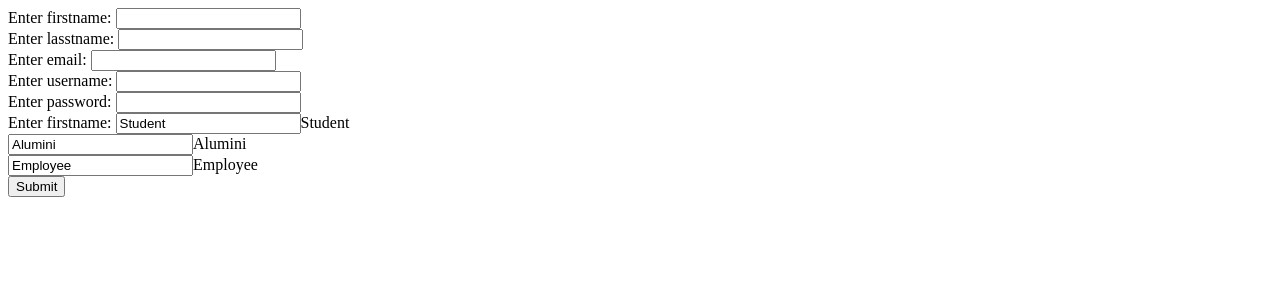
Repository: SwapnilYeldi/Project-2
Page: frontend/WebContent/views/registrationform.html
The author's editor kept a copy of each file at every save. The page is drawn from the files as they stood at one save, then again after the next save.
The browser window is 1280 px wide. The pictures show the whole page.

Above is the page before, as saved 2017-06-23 08:43:38.

### frontend/WebContent/views/registrationform.html
<form>
Enter firstname: <input type="text" ng-model="user.firstname"><br>
Enter lasstname: <input type="text" ng-model="user.lastname"><br>
Enter email: <input type="text" ng-model="user.email"><br>
Enter username: <input type="text" ng-model="user.username"><br>
Enter password: <input type="password" ng-model="user.password"><br>
Enter firstname: <input type="text" ng-model="user.role" value="Student">Student<br>
<input type="text" ng-model="user.role" value="Alumini">Alumini<br>
<input type="text" ng-model="user.role" value="Employee">Employee<br>
<input type="submit" ng-click="register()"><br>

</form>

After the next save:
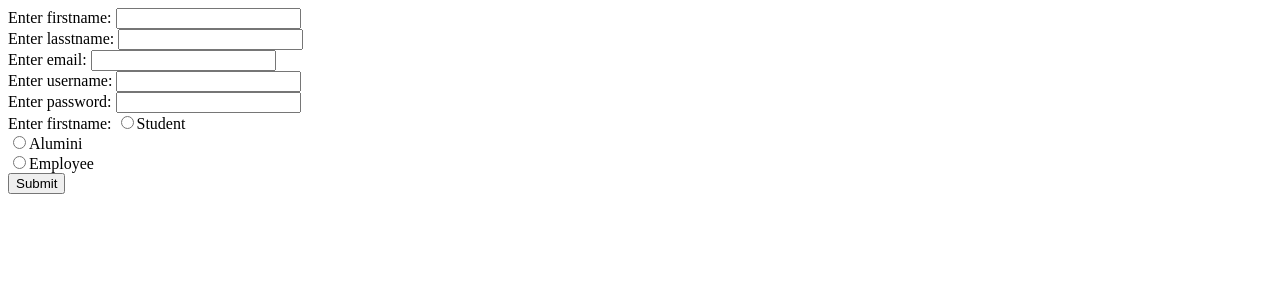
Saved 7 min 28 s later.
--- a/frontend/WebContent/views/registrationform.html
+++ b/frontend/WebContent/views/registrationform.html
@@ -4,9 +4,9 @@ Enter lasstname: <input type="text" ng-model="user.lastname"><br>
 Enter email: <input type="text" ng-model="user.email"><br>
 Enter username: <input type="text" ng-model="user.username"><br>
 Enter password: <input type="password" ng-model="user.password"><br>
-Enter firstname: <input type="text" ng-model="user.role" value="Student">Student<br>
-<input type="text" ng-model="user.role" value="Alumini">Alumini<br>
-<input type="text" ng-model="user.role" value="Employee">Employee<br>
+Enter firstname: <input type="radio" ng-model="user.role" value="Student">Student<br>
+<input type="radio" ng-model="user.role" value="Alumini">Alumini<br>
+<input type="radio" ng-model="user.role" value="Employee">Employee<br>
 <input type="submit" ng-click="register()"><br>
 
 </form>
